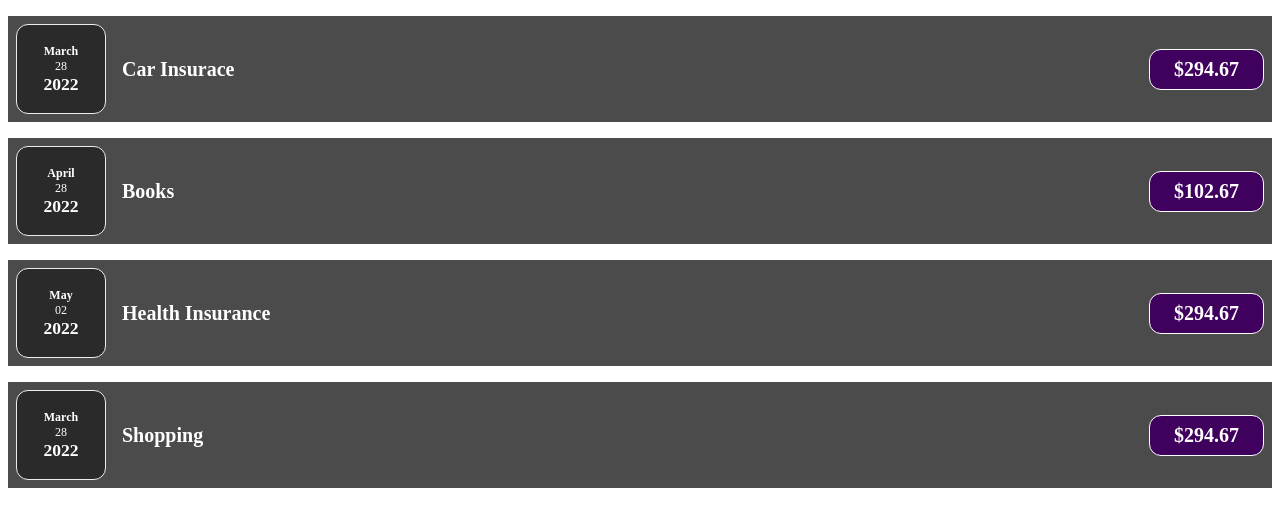
Repository: AbrorjonKuchkarov/expence-tracker-react
Page: /
An editor plug-in stored every save of this project. The page is shown before and after the next save, followed by the edit.
The browser window is 1280 px wide. The pictures show the whole page.
The project was rebuilt for these pictures with package versions that can differ from the ones it lists, and the page was loaded fresh each time. Also part of the build but not shown: src/App.css.

Above is the page before, as saved 2022-04-13 16:16:47.

After the next save:
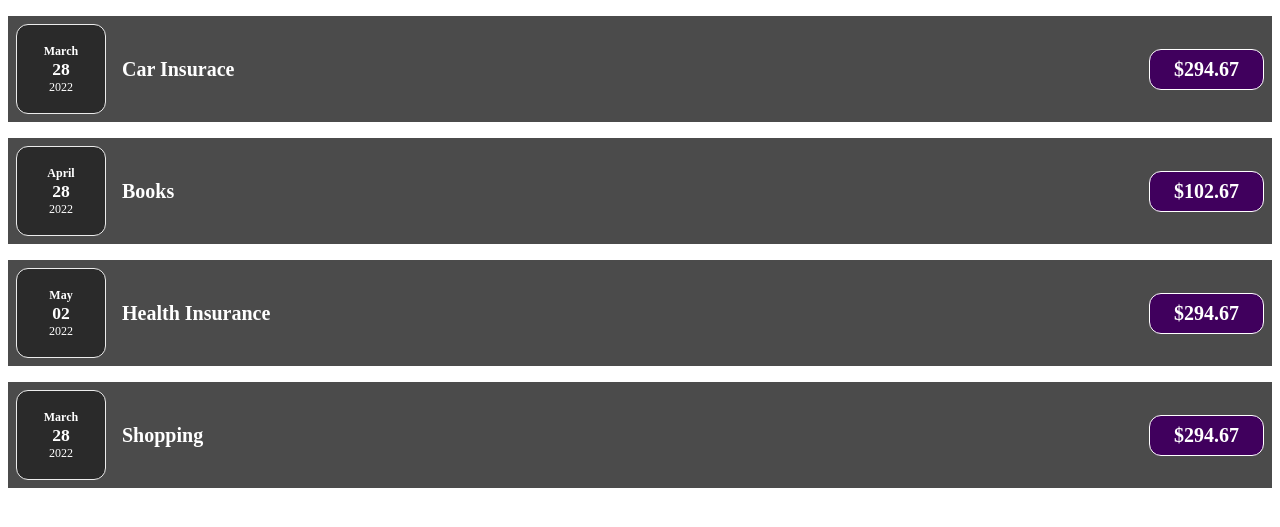
Saved 43 s later.
--- a/src/components/ExpenseDate.css
+++ b/src/components/ExpenseDate.css
@@ -16,11 +16,11 @@
    font-weight: bold;
 }
 
-.expense-date__day {
+.expense-date__year {
    font-size: 0.75rem;
 }
 
-.expense-date__year {
+.expense-date__day {
    font-size: 1.10rem;
    font-weight: bold;
 }
